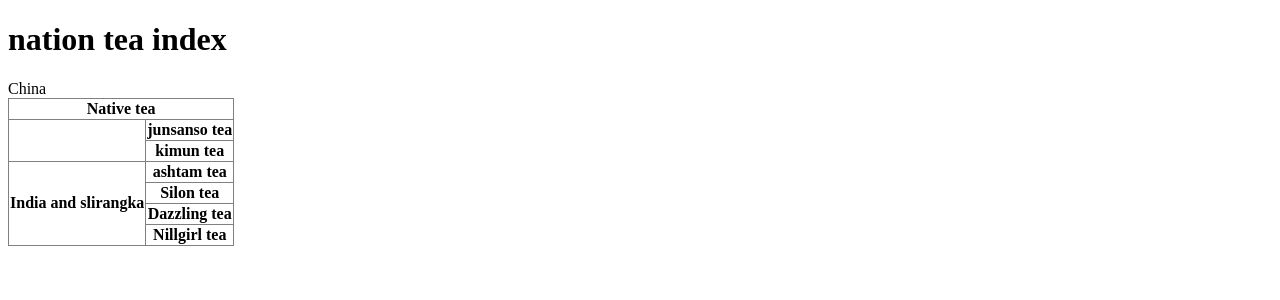
Repository: LucestDail/WebEclipse-Workspace
Page: htmlProject/WebContent/Test2.html
These files come from the project's save history. The page is drawn as it stood at one moment and after the next save; the edit follows.
The browser window is 1280 px wide. The pictures show the whole page.

Above is the page before, as saved 2020-11-05 07:07:22.

### htmlProject/WebContent/Test2.html
<!DOCTYPE html>
<html>
<head>
<meta charset="UTF-8">
<title>Test2</title>
</head>
<body>
<h1>nation tea index </h3>
<table border = "1" style = "border-collapse :collapse;">
<tr>
	<th colspan = "2">Native tea</th>
</tr>
<tr>
	<th rowspan = "2"></th>China<th>junsanso tea</th>
</tr>
<tr>
	<th>kimun tea</th>
</tr>
<tr>
	<th rowspan = "4">India and slirangka</th><th>ashtam tea</th>
</tr>
<tr>
	<th>Silon tea</th>
</tr>
<tr>
	<th>Dazzling tea</th>
</tr>
<tr>
	<th>Nillgirl tea</th>
</tr>
</table>

</body>
</html>

After the next save:
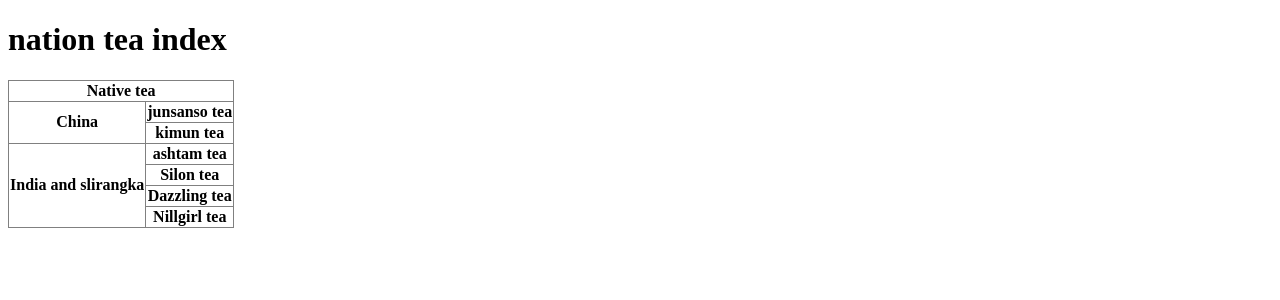
Saved 17 s later.
--- a/htmlProject/WebContent/Test2.html
+++ b/htmlProject/WebContent/Test2.html
@@ -11,7 +11,7 @@
 	<th colspan = "2">Native tea</th>
 </tr>
 <tr>
-	<th rowspan = "2"></th>China<th>junsanso tea</th>
+	<th rowspan = "2">China</th><th>junsanso tea</th>
 </tr>
 <tr>
 	<th>kimun tea</th>
